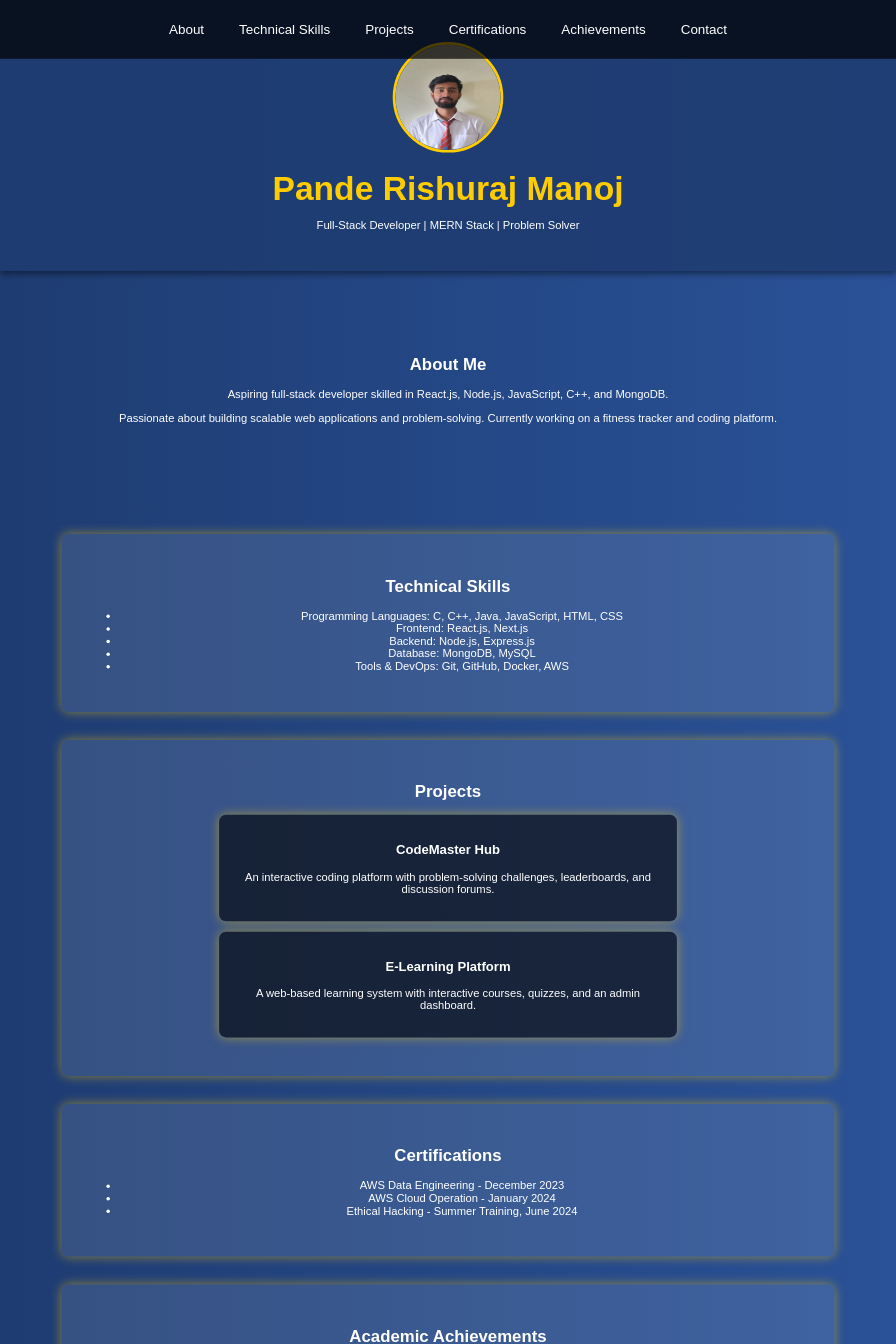
Repository: Rishuraj-Pandey/portfolio
Page: index.html
The author's editor kept a copy of each file at every save. The page is drawn from the files as they stood at one save, then again after the next save.
The browser window is 1280 px wide. The pictures show the part of the page from y = 0 to 1920 px (the page is 2791 px tall), at 70% of full size.

Above is the page before, as saved 2025-03-22 01:08:58.

### index.html
<!DOCTYPE html>
<html lang="en">
<head>
    <meta charset="UTF-8">
    <meta name="viewport" content="width=device-width, initial-scale=1.0">
    <title>Pande Rishuraj Manoj - Portfolio</title>
    <link rel="stylesheet" href="style.css">
</head>
<body>
    <header>
        <img src="profile.jpg.jpg" alt="Profile Picture" class="profile-pic">
        <h1>Pande Rishuraj Manoj</h1>
        <p>Full-Stack Developer | MERN Stack | Problem Solver</p>
    </header>

    <nav>
        <ul>
            <li><a href="#about">About</a></li>
            <li><a href="#tech">Technical Skills</a></li>
            <li><a href="#projects">Projects</a></li>
            <li><a href="#certifications">Certifications</a></li>
            <li><a href="#achievements">Achievements</a></li>
            <li><a href="#contact">Contact</a></li>
        </ul>
    </nav>

    <section class="about" id="about">
        <h2>About Me</h2>
        <p>Aspiring full-stack developer skilled in React.js, Node.js, JavaScript, C++, and MongoDB.</p>
        <p>Passionate about building scalable web applications and problem-solving. Currently working on a fitness tracker and coding platform.</p>
    </section>

    <section class="tech" id="tech">
        <h2>Technical Skills</h2>
        <ul>
            <li>Programming Languages: C, C++, Java, JavaScript, HTML, CSS</li>
            <li>Frontend: React.js, Next.js</li>
            <li>Backend: Node.js, Express.js</li>
            <li>Database: MongoDB, MySQL</li>
            <li>Tools & DevOps: Git, GitHub, Docker, AWS</li>
        </ul>
    </section>

    <section class="projects" id="projects">
        <h2>Projects</h2>
        <div class="project-card">
            <h3>CodeMaster Hub</h3>
            <p>An interactive coding platform with problem-solving challenges, leaderboards, and discussion forums.</p>
        </div>
        <div class="project-card">
            <h3>E-Learning Platform</h3>
            <p>A web-based learning system with interactive courses, quizzes, and an admin dashboard.</p>
        </div>
    </section>

    <section class="certifications" id="certifications">
        <h2>Certifications</h2>
        <ul>
            <li>AWS Data Engineering - December 2023</li>
            <li>AWS Cloud Operation - January 2024</li>
            <li>Ethical Hacking - Summer Training, June 2024</li>
        </ul>
    </section>

    <section class="achievements" id="achievements">
        <h2>Academic Achievements</h2>
        <ul>
            <li>Secured 5-Star Badge in C++ & Problem-Solving on HackerRank</li>
            <li>Ranked 6th in National Science Day Coding Competition (200+ participants)</li>
        </ul>
    </section>

    <section class="experience" id="experience">
        <h2>Work & Internship Experience</h2>
        <p>Currently working on full-stack development projects and open-source contributions.</p>
        <p>Previously completed a summer internship in Ethical Hacking.</p>
    </section>

    <section class="contact" id="contact">
        <h2>Contact</h2>
        <p>Email: <a href="mailto:rishurajpande@gmail.com">rishurajpande@gmail.com</a></p>
        <p>LinkedIn: <a href="https://www.linkedin.com/in/rishuraj-pandey-08a9012b0/" target="_blank">linkedin.com/in/rishuraj-pandey</a></p>
        <p>GitHub: <a href="https://github.com/rishurajpande" target="_blank">github.com/rishurajpande</a></p>
    </section>

    <footer>
        <p>&copy; 2025 Pande Rishuraj Manoj. All Rights Reserved.</p>
    </footer>
</body>
</html>

### style.css
body {
    font-family: 'Poppins', sans-serif;
    margin: 0;
    padding: 0;
    background: linear-gradient(to right, #1e3c72, #2a5298);
    color: white;
    text-align: center;
    scroll-behavior: smooth;
}

header {
    background: rgba(30, 60, 114, 0.9);
    padding: 40px 20px;
    box-shadow: 0px 4px 10px rgba(0, 0, 0, 0.5);
}

h1 {
    margin: 0;
    font-size: 3em;
    color: #ffcc00;
}

.profile-pic {
    width: 150px;
    height: 150px;
    border-radius: 50%;
    margin: 20px 0;
    border: 4px solid #ffcc00;
}

nav {
    background: rgba(0, 0, 0, 0.7);
    position: fixed;
    top: 0;
    width: 100%;
    padding: 15px 0;
    z-index: 1000;
    transition: all 0.3s;
}

nav ul {
    list-style: none;
    padding: 0;
    display: flex;
    justify-content: center;
    gap: 20px;
}

nav ul li {
    display: inline;
}

nav ul li a {
    color: white;
    text-decoration: none;
    padding: 10px 15px;
    font-size: 1.2em;
    transition: color 0.3s, transform 0.2s;
}

nav ul li a:hover {
    color: #ffcc00;
    transform: scale(1.1);
}

section {
    padding: 100px 20px;
}

.tech, .certifications, .achievements, .projects, .experience {
    background: rgba(255, 255, 255, 0.1);
    padding: 40px;
    border-radius: 10px;
    margin: 40px auto;
    width: 80%;
    box-shadow: 0px 0px 15px rgba(255, 204, 0, 0.5);
    animation: fadeIn 1.2s ease-in-out;
}

.project-card {
    background-color: rgba(0, 0, 0, 0.6);
    padding: 20px;
    margin: 15px auto;
    width: 60%;
    border-radius: 10px;
    box-shadow: 0px 0px 15px rgba(255, 204, 0, 0.5);
    transition: transform 0.3s, box-shadow 0.3s;
}

.project-card:hover {
    transform: scale(1.05);
    box-shadow: 0px 0px 25px rgba(255, 204, 0, 0.8);
}

.contact a {
    color: #ffcc00;
    text-decoration: none;
    font-weight: bold;
}

.contact a:hover {
    text-decoration: underline;
    color: #ff6600;
}

footer {
    background: rgba(0, 0, 0, 0.8);
    padding: 20px;
    font-size: 1em;
}

@keyframes fadeIn {
    from { opacity: 0; }
    to { opacity: 1; }
}

@media (max-width: 768px) {
    nav ul {
        flex-direction: column;
        text-align: center;
    }
    .project-card, .tech, .certifications, .achievements, .experience {
        width: 90%;
    }
}

After the next save:
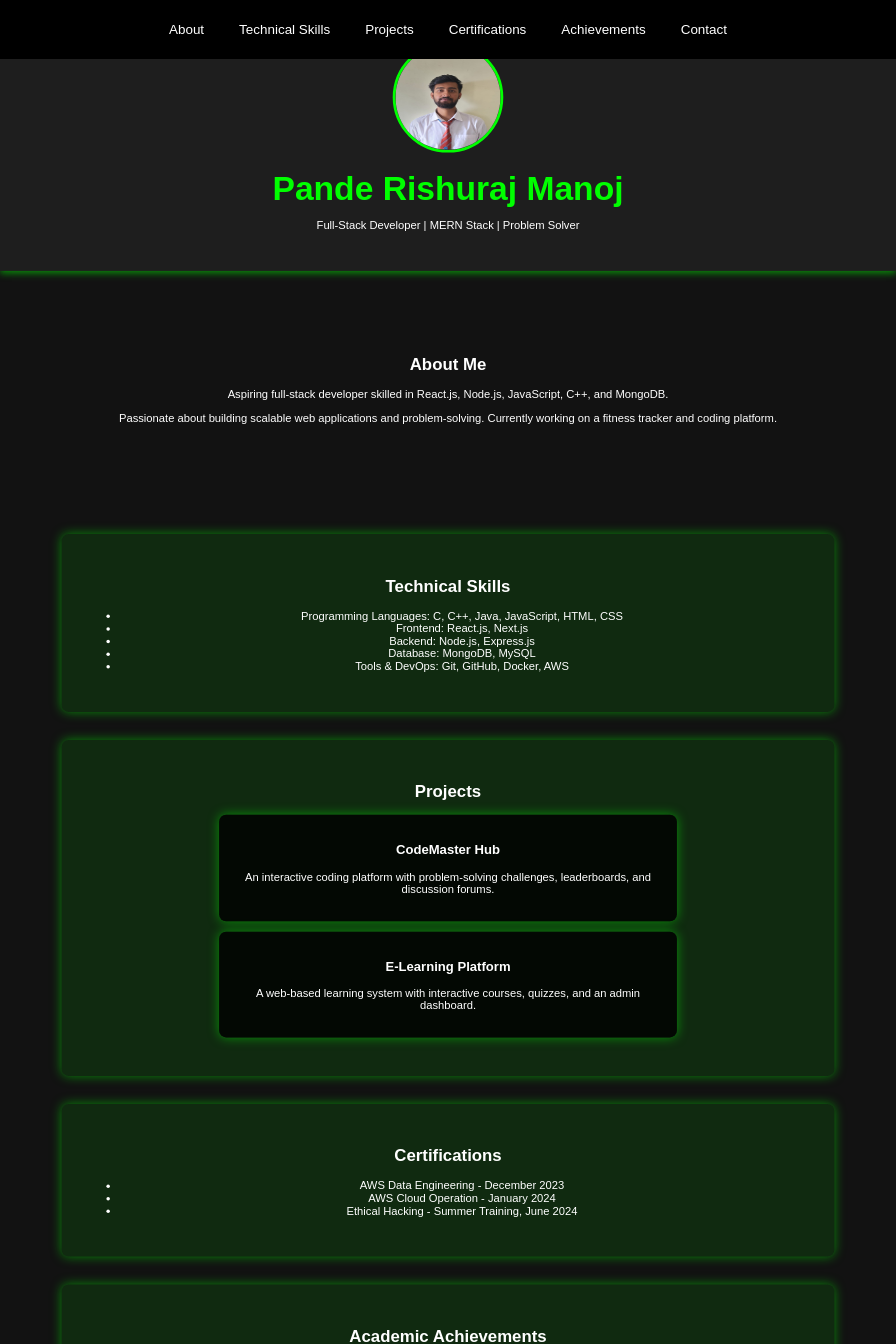
Saved 94 s later.
--- a/style.css
+++ b/style.css
@@ -2,22 +2,22 @@
     font-family: 'Poppins', sans-serif;
     margin: 0;
     padding: 0;
-    background: linear-gradient(to right, #1e3c72, #2a5298);
+    background: #121212;
     color: white;
     text-align: center;
     scroll-behavior: smooth;
 }
 
 header {
-    background: rgba(30, 60, 114, 0.9);
+    background: #1e1e1e;
     padding: 40px 20px;
-    box-shadow: 0px 4px 10px rgba(0, 0, 0, 0.5);
+    box-shadow: 0px 4px 10px rgba(0, 255, 0, 0.5);
 }
 
 h1 {
     margin: 0;
     font-size: 3em;
-    color: #ffcc00;
+    color: #00ff00;
 }
 
 .profile-pic {
@@ -25,11 +25,11 @@
     height: 150px;
     border-radius: 50%;
     margin: 20px 0;
-    border: 4px solid #ffcc00;
+    border: 4px solid #00ff00;
 }
 
 nav {
-    background: rgba(0, 0, 0, 0.7);
+    background: #000;
     position: fixed;
     top: 0;
     width: 100%;
@@ -59,7 +59,7 @@
 }
 
 nav ul li a:hover {
-    color: #ffcc00;
+    color: #00ff00;
     transform: scale(1.1);
 }
 
@@ -68,43 +68,43 @@
 }
 
 .tech, .certifications, .achievements, .projects, .experience {
-    background: rgba(255, 255, 255, 0.1);
+    background: rgba(0, 255, 0, 0.1);
     padding: 40px;
     border-radius: 10px;
     margin: 40px auto;
     width: 80%;
-    box-shadow: 0px 0px 15px rgba(255, 204, 0, 0.5);
+    box-shadow: 0px 0px 15px rgba(0, 255, 0, 0.5);
     animation: fadeIn 1.2s ease-in-out;
 }
 
 .project-card {
-    background-color: rgba(0, 0, 0, 0.6);
+    background-color: rgba(0, 0, 0, 0.8);
     padding: 20px;
     margin: 15px auto;
     width: 60%;
     border-radius: 10px;
-    box-shadow: 0px 0px 15px rgba(255, 204, 0, 0.5);
+    box-shadow: 0px 0px 15px rgba(0, 255, 0, 0.5);
     transition: transform 0.3s, box-shadow 0.3s;
 }
 
 .project-card:hover {
     transform: scale(1.05);
-    box-shadow: 0px 0px 25px rgba(255, 204, 0, 0.8);
+    box-shadow: 0px 0px 25px rgba(0, 255, 0, 0.8);
 }
 
 .contact a {
-    color: #ffcc00;
+    color: #00ff00;
     text-decoration: none;
     font-weight: bold;
 }
 
 .contact a:hover {
     text-decoration: underline;
-    color: #ff6600;
+    color: #00cc00;
 }
 
 footer {
-    background: rgba(0, 0, 0, 0.8);
+    background: #000;
     padding: 20px;
     font-size: 1em;
 }

After the save that followed:
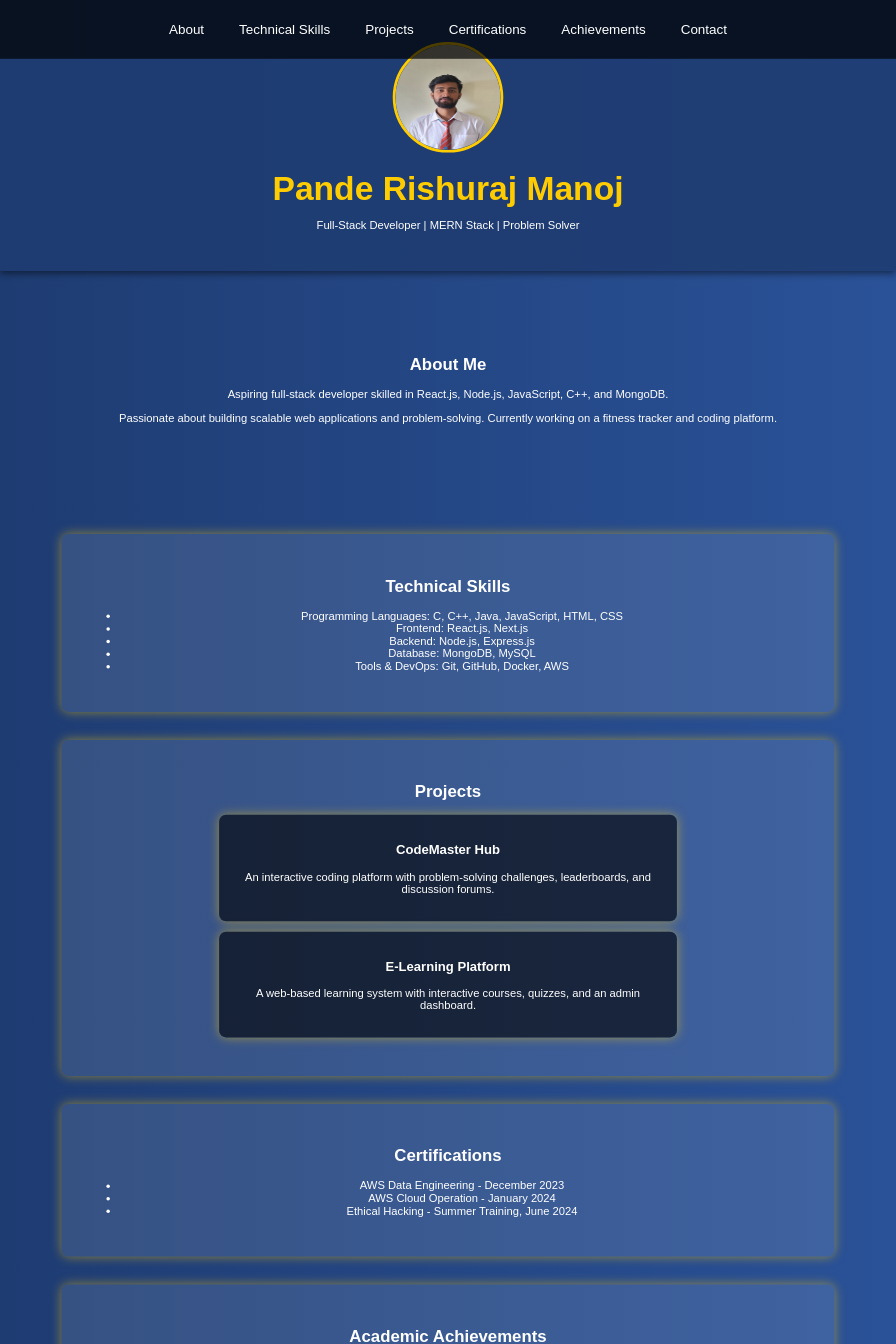
Saved 17 s later.
--- a/style.css
+++ b/style.css
@@ -2,22 +2,22 @@
     font-family: 'Poppins', sans-serif;
     margin: 0;
     padding: 0;
-    background: #121212;
+    background: linear-gradient(to right, #1e3c72, #2a5298);
     color: white;
     text-align: center;
     scroll-behavior: smooth;
 }
 
 header {
-    background: #1e1e1e;
+    background: rgba(30, 60, 114, 0.9);
     padding: 40px 20px;
-    box-shadow: 0px 4px 10px rgba(0, 255, 0, 0.5);
+    box-shadow: 0px 4px 10px rgba(0, 0, 0, 0.5);
 }
 
 h1 {
     margin: 0;
     font-size: 3em;
-    color: #00ff00;
+    color: #ffcc00;
 }
 
 .profile-pic {
@@ -25,11 +25,11 @@
     height: 150px;
     border-radius: 50%;
     margin: 20px 0;
-    border: 4px solid #00ff00;
+    border: 4px solid #ffcc00;
 }
 
 nav {
-    background: #000;
+    background: rgba(0, 0, 0, 0.7);
     position: fixed;
     top: 0;
     width: 100%;
@@ -59,7 +59,7 @@
 }
 
 nav ul li a:hover {
-    color: #00ff00;
+    color: #ffcc00;
     transform: scale(1.1);
 }
 
@@ -68,43 +68,43 @@
 }
 
 .tech, .certifications, .achievements, .projects, .experience {
-    background: rgba(0, 255, 0, 0.1);
+    background: rgba(255, 255, 255, 0.1);
     padding: 40px;
     border-radius: 10px;
     margin: 40px auto;
     width: 80%;
-    box-shadow: 0px 0px 15px rgba(0, 255, 0, 0.5);
+    box-shadow: 0px 0px 15px rgba(255, 204, 0, 0.5);
     animation: fadeIn 1.2s ease-in-out;
 }
 
 .project-card {
-    background-color: rgba(0, 0, 0, 0.8);
+    background-color: rgba(0, 0, 0, 0.6);
     padding: 20px;
     margin: 15px auto;
     width: 60%;
     border-radius: 10px;
-    box-shadow: 0px 0px 15px rgba(0, 255, 0, 0.5);
+    box-shadow: 0px 0px 15px rgba(255, 204, 0, 0.5);
     transition: transform 0.3s, box-shadow 0.3s;
 }
 
 .project-card:hover {
     transform: scale(1.05);
-    box-shadow: 0px 0px 25px rgba(0, 255, 0, 0.8);
+    box-shadow: 0px 0px 25px rgba(255, 204, 0, 0.8);
 }
 
 .contact a {
-    color: #00ff00;
+    color: #ffcc00;
     text-decoration: none;
     font-weight: bold;
 }
 
 .contact a:hover {
     text-decoration: underline;
-    color: #00cc00;
+    color: #ff6600;
 }
 
 footer {
-    background: #000;
+    background: rgba(0, 0, 0, 0.8);
     padding: 20px;
     font-size: 1em;
 }
